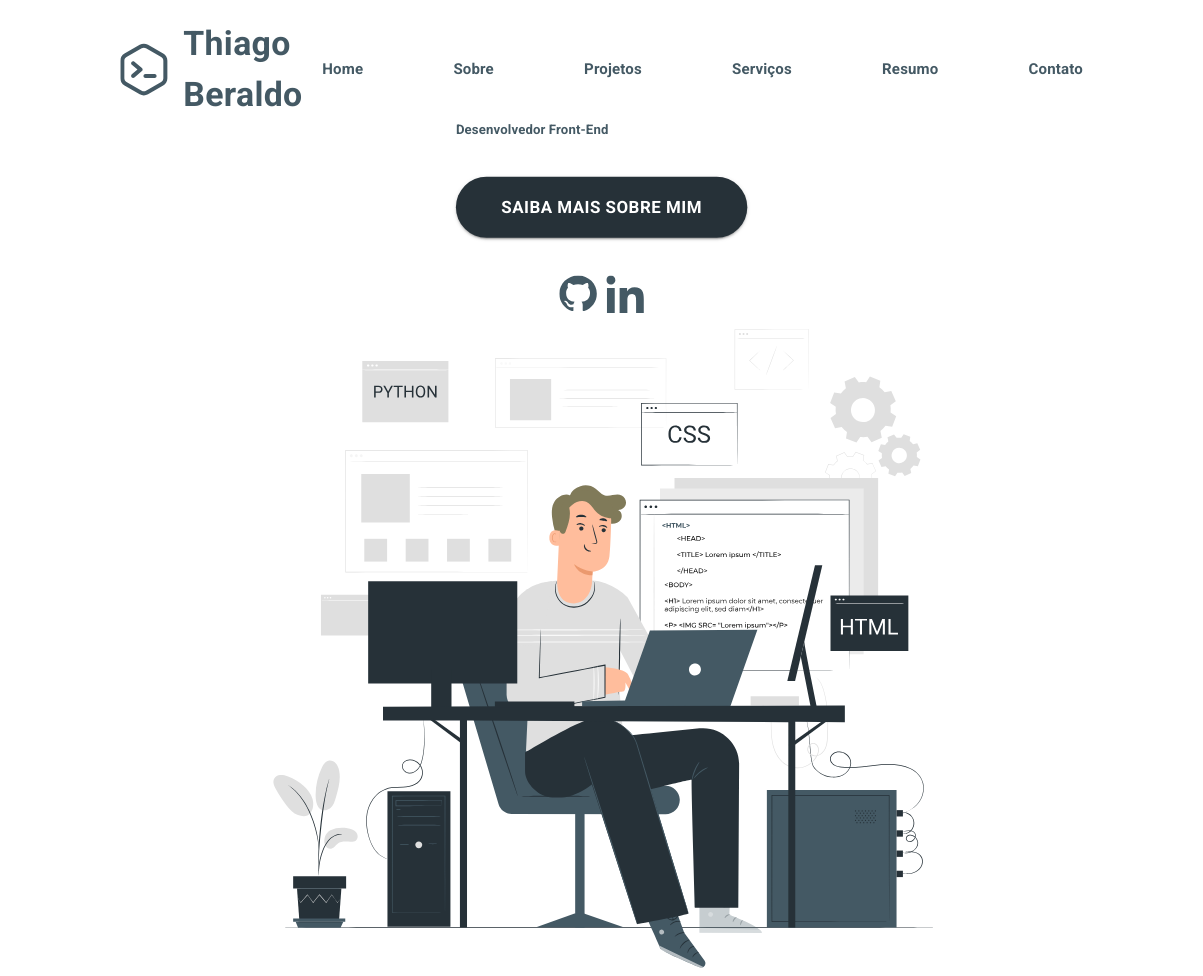
Repository: lenx0/myportfolio
Page: /
The author's editor kept a copy of each file at every save. The page is drawn from the files as they stood at one save, then again after the next save.
The browser window is 1280 px wide. The pictures show the whole page, at 94% of full size.
The project was rebuilt for these pictures with package versions that can differ from the ones it lists, and the page was loaded fresh each time. Also part of the build but not shown: vite.config.js.

Above is the page before, as saved 2024-06-07 11:22:04.

After the next save:
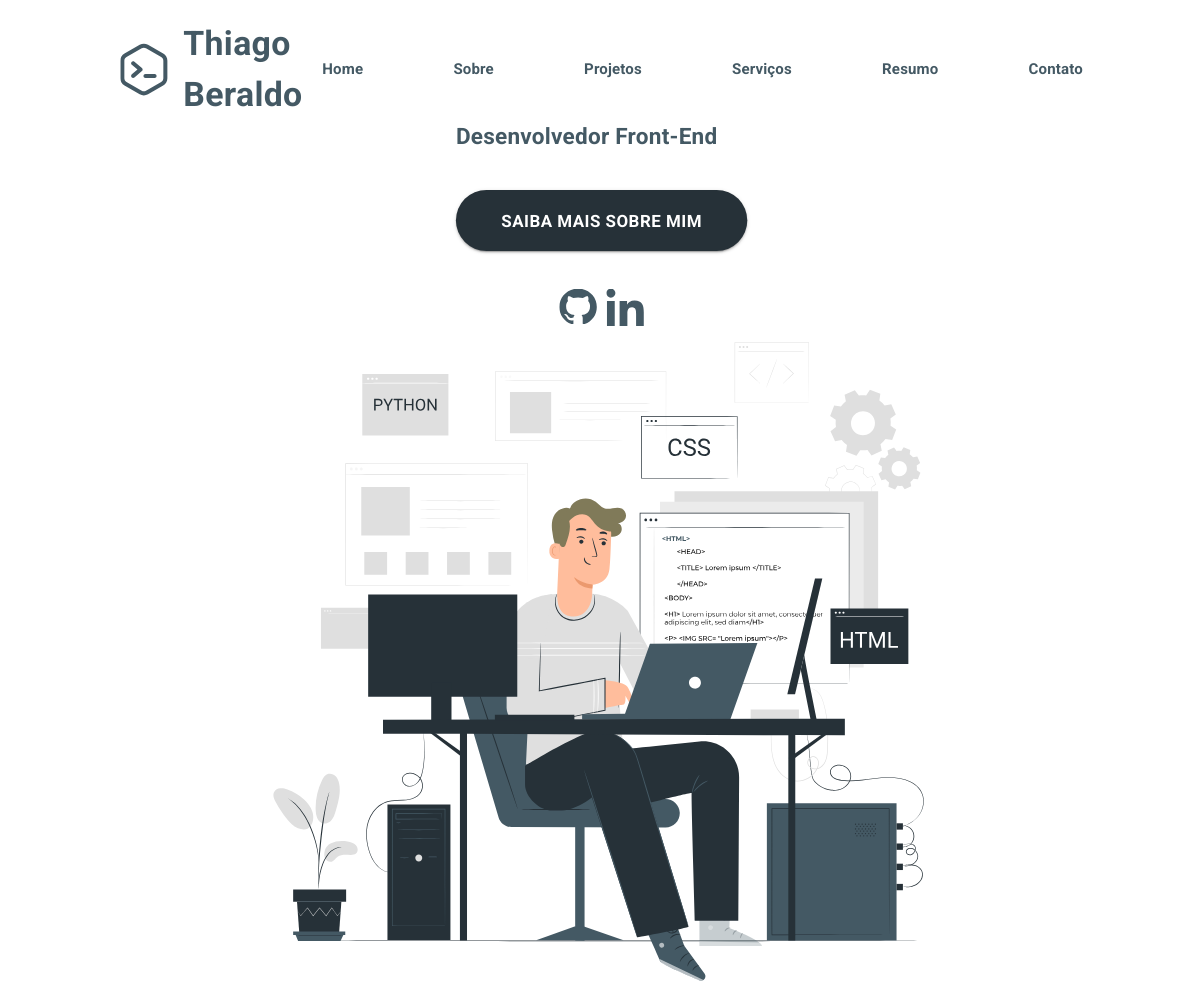
Saved 16 s later.
--- a/src/components/Home/index.jsx
+++ b/src/components/Home/index.jsx
@@ -16,7 +16,7 @@
         <Typography
           variant="body2"
           sx={{
-            fontSize: { xl: "3.5rem" },
+            fontSize: { lg: "1.5rem" },
             fontWeight: 700,
             color: "#445964",
             flexShrink: 1,
